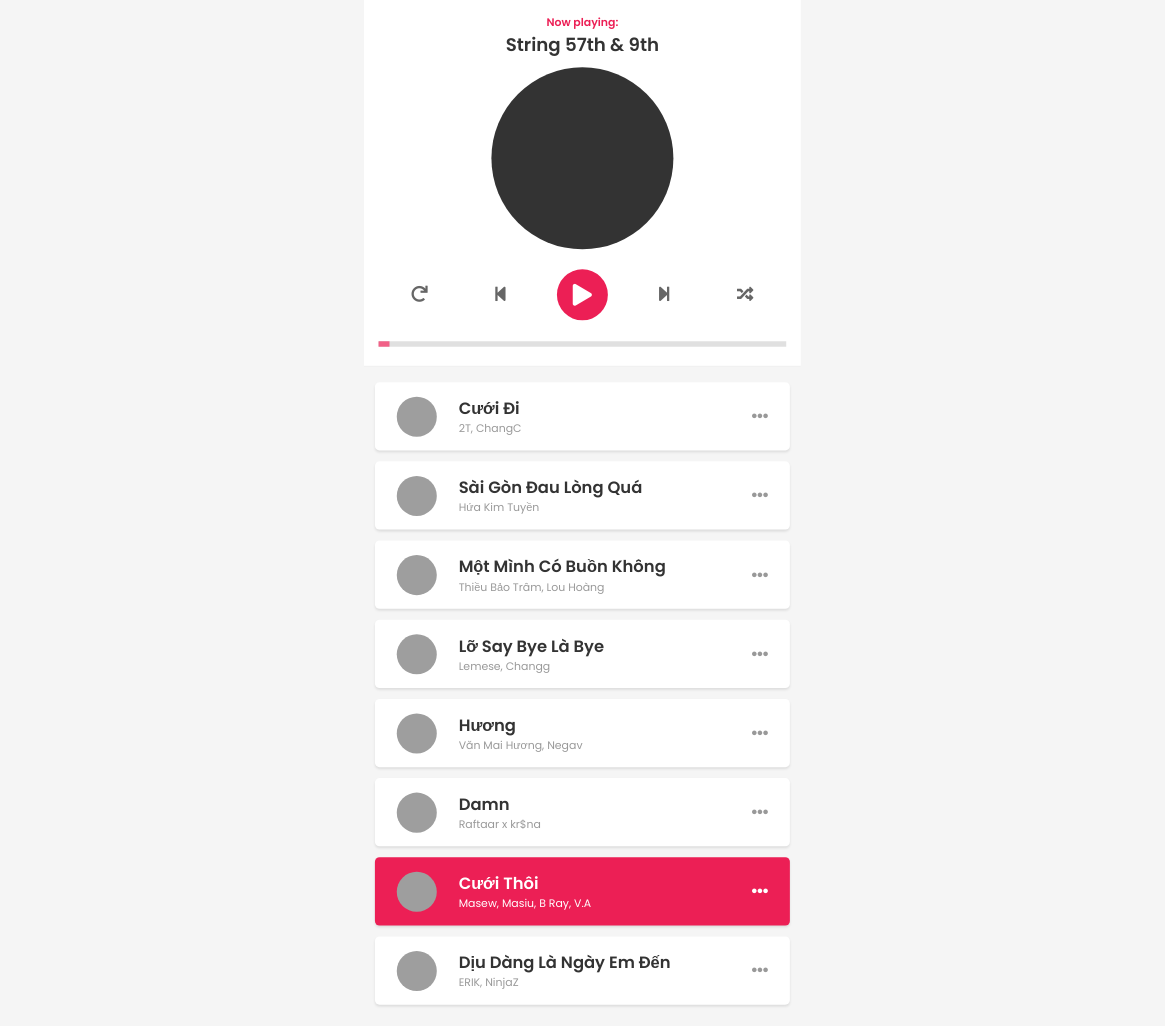
Repository: esplen74/Music
Page: music.html
An editor plug-in stored every save of this project. The page is shown before and after a run of saves, followed by the edit.
The browser window is 1280 px wide. The pictures show the whole page, at 91% of full size.
Pictures or frames that could not be fetched are drawn as grey boxes.

Above is the page before, as saved 2021-11-06 09:55:09.

After the next 2 saves:
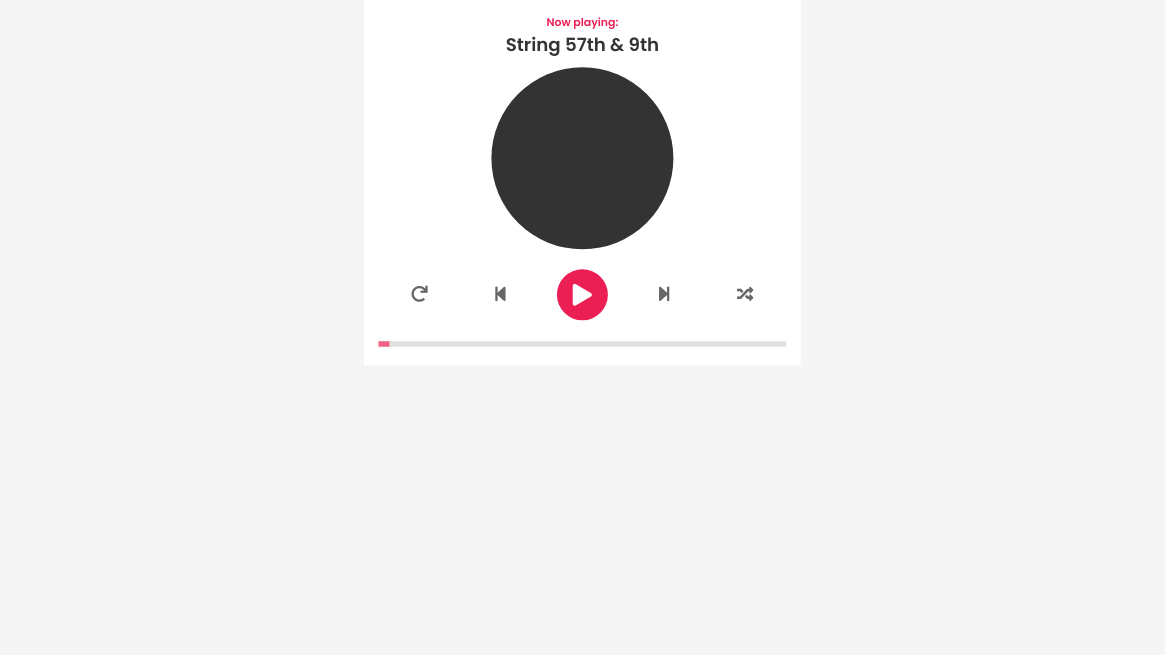
Console error: SyntaxError: Unexpected token ';'
The 2 saves are shown as one change because they came seconds apart.
The last was saved 98 s later.
--- a/music.js
+++ b/music.js
@@ -111,7 +111,7 @@
       const scrollTop = window.scrollY || document.documentElement.scrollTop;
       const cdWidth = cd.offsetWidth;
       const newCdWidth = cdWidth - scrollTop;
-      cd.style.width = newCdWidth + "px";
+      cd.style.width = newCdWidth > 0 ?  + "px";
     }
   },
   start: function () {

After the 4 saves that followed:
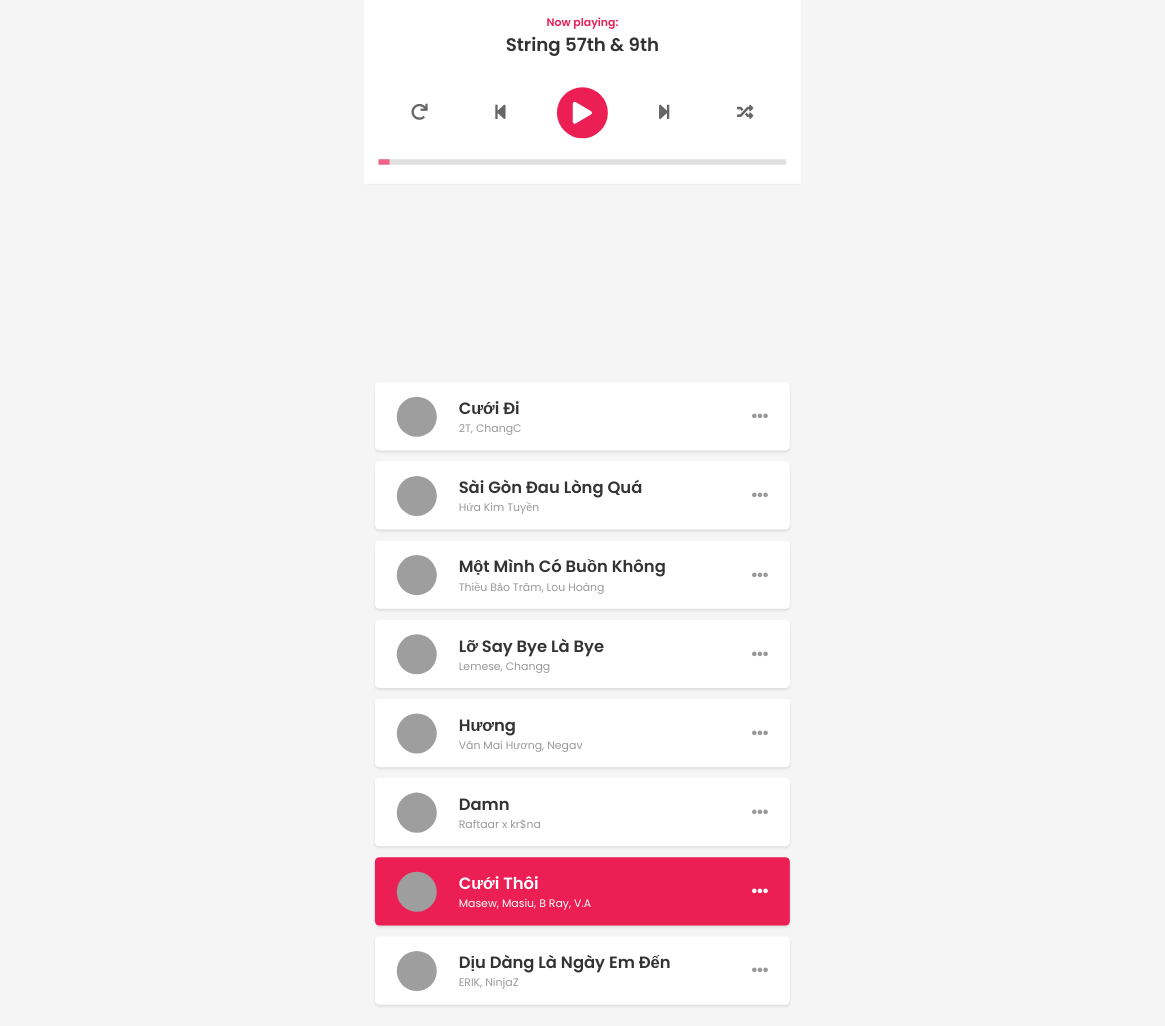
The error is gone.
The 4 saves are shown as one change because 1 left the picture as it was and some came seconds apart.
The last was saved 15 s later.
--- a/music.js
+++ b/music.js
@@ -111,7 +111,7 @@
       const scrollTop = window.scrollY || document.documentElement.scrollTop;
       const cdWidth = cd.offsetWidth;
       const newCdWidth = cdWidth - scrollTop;
-      cd.style.width = newCdWidth > 0 ?  + "px";
+      cd.style.width = newCdWidth > 0 ? newCdWidth + "px" : 0;
     }
   },
   start: function () {
